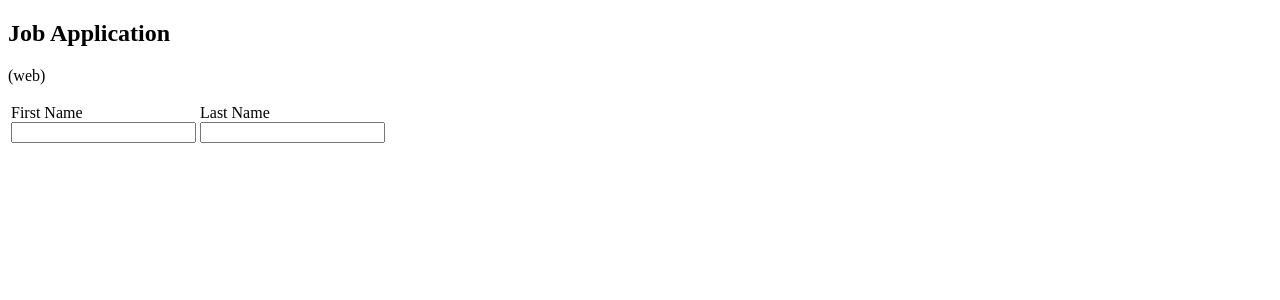
Repository: diensy/JOB-APPLICATION
Page: index.html
These files come from the project's save history. The page is drawn as it stood at one moment and after the next save; the edit follows.
The browser window is 1280 px wide. The pictures show the whole page.

Above is the page before, as saved 2024-02-27 00:16:26.

### index.html
<!DOCTYPE html>
<html lang="en">
  <head>
    <meta charset="UTF-8" />
    <meta name="viewport" content="width=device-width, initial-scale=1.0" />
    <title>Job Application</title>
  </head>
  <body>
    <h2>Job Application</h2>
    <p>(web)</p>
    <form action="">
      <table>
        <tr>
          <td>
            <label for="firstname" id="first">First Name</label>
            <br />
            <input type="text" id="first" />
          </td>
          <td>
            <label for="Lastname" id="last">Last Name</label>
            <br />
            <input type="text" id="last" />
          </td>
        </tr>
      </table>
    </form>
  </body>
</html>

After the next save:
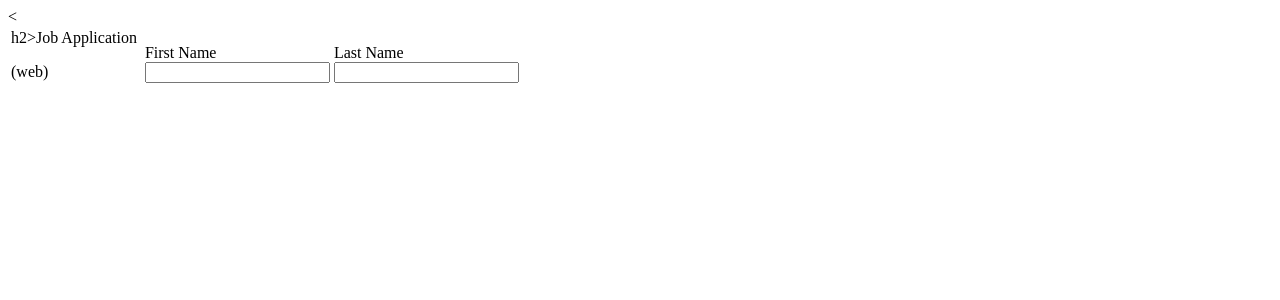
Saved 58 s later.
--- a/index.html
+++ b/index.html
@@ -6,11 +6,13 @@
     <title>Job Application</title>
   </head>
   <body>
-    <h2>Job Application</h2>
-    <p>(web)</p>
+    <
     <form action="">
       <table>
         <tr>
+            <td>h2>Job Application</h2>
+                <p>(web)</p></td>
+            <td></td>
           <td>
             <label for="firstname" id="first">First Name</label>
             <br />
